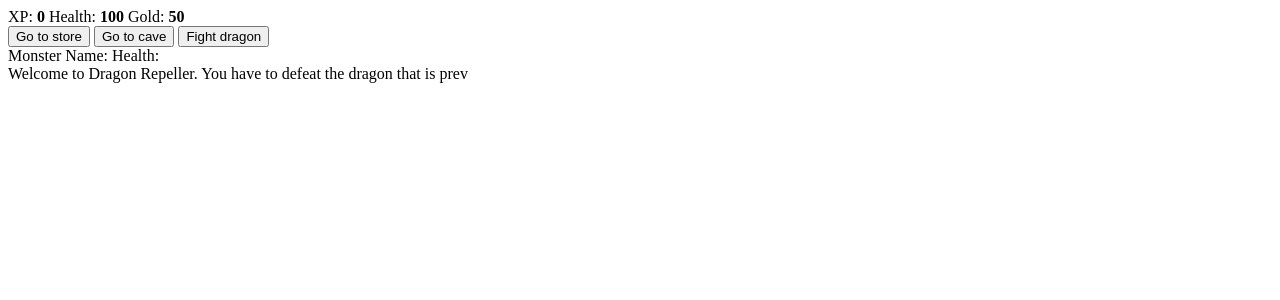
Repository: Lungdjos/role_playing_game
Page: index.html
These files come from the project's save history. The page is drawn as it stood at one moment and after a run of saves; the edit follows.
The browser window is 1280 px wide. The pictures show the whole page.

Above is the page before, as saved 2024-02-06 23:06:58.

### index.html
<!DOCTYPE html>
<html lang="en">

<head>
    <meta charset="UTF-8">
    <meta name="viewport" content="width=device-width, initial-scale=1.0">
    <title>RPG - Dragon Repeller</title>
    <link rel="stylesheet" href="./styles.css">

</head>

<body>
    <div id="game">
        <div id="stats">
            <span class="stat">XP: <strong><span id="xpText">0</span></strong>
            </span>
            <span class="stat">Health: <strong><span id="healthText">100</span></strong>
            </span>
            <span class="stat">Gold: <strong><span id="goldText">50</span></strong>
            </span>
        </div>
        <div id="controls">
            <button id="button1">Go to store</button>
            <button id="button2">Go to cave</button>
            <button id="button3">Fight dragon</button>
        </div>
        <div id="monsterStats">
            <span class="stat">
                Monster Name: <strong><span id="monsterName"></span></strong>
            </span>
            <span class="stat">
                Health: <strong><span id="monsterHealth"></span></strong>
            </span>
        </div>
        <div id="text">
            Welcome to Dragon Repeller. You have to defeat the dragon that is prev
        </div>
    </div>

    <!-- JavaScript files -->
    <script src="./script.js"></script>
</body>

</html>

### styles.css
/** Main CSS */

### script.js
/**
 * Main JavaScript
 */

'use strict';

// variables
let xp = 0;
let health = 100;
let gold = 50;
let currentWeapon = 0;
let fighting;
let monsterHealth;
let inventory = ['stick'];

// query selectors
const button1 = document.querySelector('#button1');
const button2 = document.querySelector('#button2');
const button3 = document.querySelector('#button3');

After the next 6 saves:
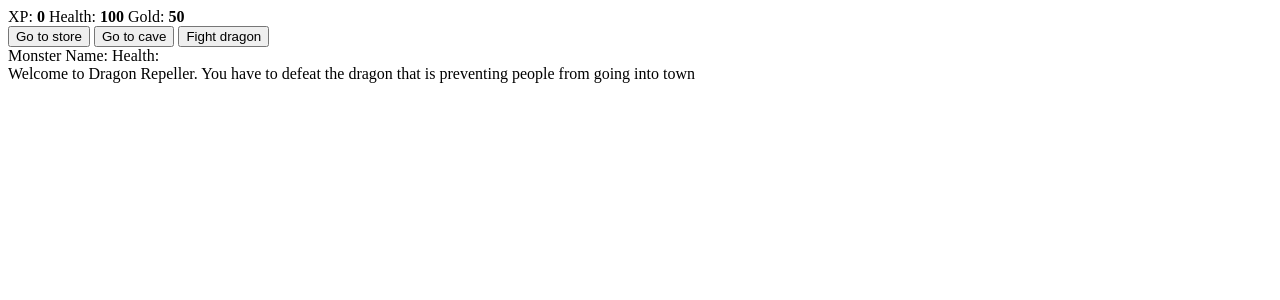
The 6 saves are shown as one change because they came seconds apart.
The last was saved 22 s later.
--- a/index.html
+++ b/index.html
@@ -33,7 +33,7 @@
             </span>
         </div>
         <div id="text">
-            Welcome to Dragon Repeller. You have to defeat the dragon that is prev
+            Welcome to Dragon Repeller. You have to defeat the dragon that is preventing people from going into town
         </div>
     </div>
 
